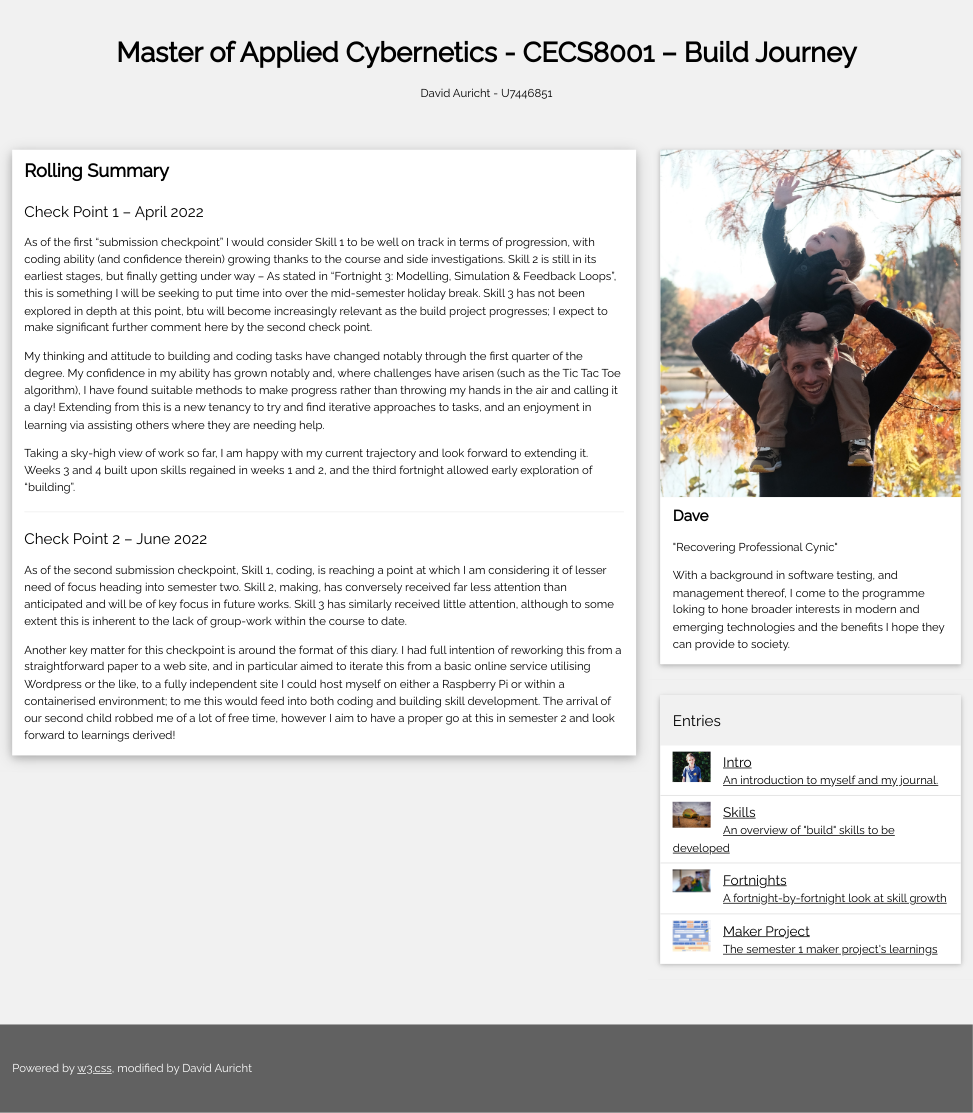
Repository: TodaysSawyer/cecs_8001_journal
Page: CECS_8001_build_journal/rolling_summary.html
An editor plug-in stored every save of this project. The page is shown before and after the next save, followed by the edit.
The browser window is 1280 px wide. The pictures show the whole page, at 76% of full size.

Above is the page before, as saved 2022-08-23 11:11:06.

### CECS_8001_build_journal/rolling_summary.html
<!--Site layout and design credit goes to W3 Schools' "Blog template" from https://www.w3schools.com/w3css/tryw3css_templates_blog.htm-->
<!--Modifications and content by David Auricht-->

<!DOCTYPE html>
<html>
<head>
<title>David Auricht's Cybernetics Build Journal</title>
<meta charset="UTF-8">
<meta name="viewport" content="width=device-width, initial-scale=1">
<link rel="stylesheet" href="https://www.w3schools.com/w3css/4/w3.css">
<link rel="stylesheet" href="https://fonts.googleapis.com/css?family=Raleway">
<style>
body,h1,h2,h3,h4,h5 {font-family: "Raleway", sans-serif}
</style>
</head>
<body class="w3-light-grey">

<!-- w3-content defines a container for fixed size centered content,
and is wrapped around the whole page content, except for the footer in this example -->
<div class="w3-content" style="max-width:1400px">

<!-- Header -->
<header class="w3-container w3-center w3-padding-32">
  <h1><b>Master of Applied Cybernetics - CECS8001 – Build Journey</b></h1>
  <p>David Auricht - U7446851</p>
</header>

<!-- Grid -->
<div class="w3-row">

<!-- Blog entries -->
<div class="w3-col l8 s12">
  <!-- Blog entry -->
  <div class="w3-card-4 w3-margin w3-white">
    <div class="w3-container">
      <h3><b>Rolling Summary</b></h3>
    </div>

    <div class="w3-container">
      <h4>Check Point 1 – April 2022</h4>
      <p>As of the first “submission checkpoint” I would consider Skill 1 to be well on track in terms of progression, with coding ability (and confidence therein) growing thanks to the course and side investigations. Skill 2 is still in its earliest stages, but finally getting under way – As stated in “Fortnight 3: Modelling, Simulation & Feedback Loops”, this is something I will be seeking to put time into over the mid-semester holiday break. Skill 3 has not been explored in depth at this point, btu will become increasingly relevant as the build project progresses; I expect to make significant further comment here by the second check point. </p>
      <p>My thinking and attitude to building and coding tasks have changed notably through the first quarter of the degree. My confidence in my ability has grown notably and, where challenges have arisen (such as the Tic Tac Toe algorithm), I have found suitable methods to make progress rather than throwing my hands in the air and calling it a day! Extending from this is a new tenancy to try and find iterative approaches to tasks, and an enjoyment in learning via assisting others where they are needing help.</p>
      <p>Taking a sky-high view of work so far, I am happy with my current trajectory and look forward to extending it. Weeks 3 and 4 built upon skills regained in weeks 1 and 2, and the third fortnight allowed early exploration of “building”.</p>
      <hr>

      <h4>Check Point 2 – June 2022</h4>
      <p>As of the second submission checkpoint, Skill 1, coding, is reaching a point at which I am considering it of lesser need of focus heading into semester two. Skill 2, making, has conversely received far less attention than anticipated and will be of key focus in future works. Skill 3 has similarly received little attention, although to some extent this is inherent to the lack of group-work within the course to date.</p>
      <p>Another key matter for this checkpoint is around the format of this diary. I had full intention of reworking this from a straightforward paper to a web site, and in particular aimed to iterate this from a basic online service utilising Wordpress or the like, to a fully independent site I could host myself on either a Raspberry Pi or within a containerised environment; to me this would feed into both coding and building skill development. The arrival of our second child robbed me of a lot of free time, however I aim to have a proper go at this in semester 2 and look forward to learnings derived!</p>

    </div>
  </div>
  <hr>
<!-- END BLOG ENTRIES -->
</div>

<!-- Sidebar -->
<div class="w3-col l4">
  <!-- About Card -->
  <div class="w3-card w3-margin w3-margin-top">
  <img src="home_dave_profile.jpg" style="width:100%">
    <div class="w3-container w3-white">
      <h4><b>Dave</b></h4>
      <p>"Recovering Professional Cynic"</p>
      <p>With a background in software testing, and management thereof, I come to the programme loking to hone broader interests in modern and emerging technologies and the benefits I hope they can provide to society.</p>
    </div>
  </div><hr>

  <!-- Posts -->
  <div class="w3-card w3-margin">
    <div class="w3-container w3-padding">
      <h4>Entries</h4>
    </div>
    <ul class="w3-ul w3-hoverable w3-white">
      <li>
         <a href="index.html" target="_self">
         <img src="sidebar_intro_icon.jpg" alt="Image" class="w3-left w3-margin-right" style="width:50px">
         <span class="w3-large">Intro</span><br>
         <span>An introduction to myself and my journal.</span>
         </a>
      </li>
      <li>
        <a href="skills.html" target="_self">
        <img src="skills_balloon.jpg" alt="Image" class="w3-left w3-margin-right" style="width:50px">
        <span class="w3-large">Skills</span><br>
        <span>An overview of "build" skills to be developed</span>
        </a>
     </li>
      <li>
        <a href="fortnights.html" target="_self">
        <img src="fortnights_f4_screenshot.jpg" alt="Image" class="w3-left w3-margin-right" style="width:50px">
        <span class="w3-large">Fortnights</span><br>
        <span>A fortnight-by-fortnight look at skill growth</span>
        </a>
     </li>
     <li>
      <a href="maker_project.html" target="_self">
      <img src="maker_schematic.jpg" alt="Image" class="w3-left w3-margin-right" style="width:50px">
      <span class="w3-large">Maker Project</span><br>
      <span>The semester 1 maker project's learnings</span>
      </a>
   </li>
    </ul>
  </div>
  <hr>

<!-- END Sidebar -->
</div>

<!-- END GRID -->
</div><br>

<!-- END w3-content -->
</div>

<!-- Footer -->
<footer class="w3-container w3-dark-grey w3-padding-32 w3-margin-top">
  <p>Powered by <a href="https://www.w3schools.com/w3css/default.asp" target="_blank">w3.css</a>, modified by David Auricht</p>
</footer>

</body>
</html>

After the next save:
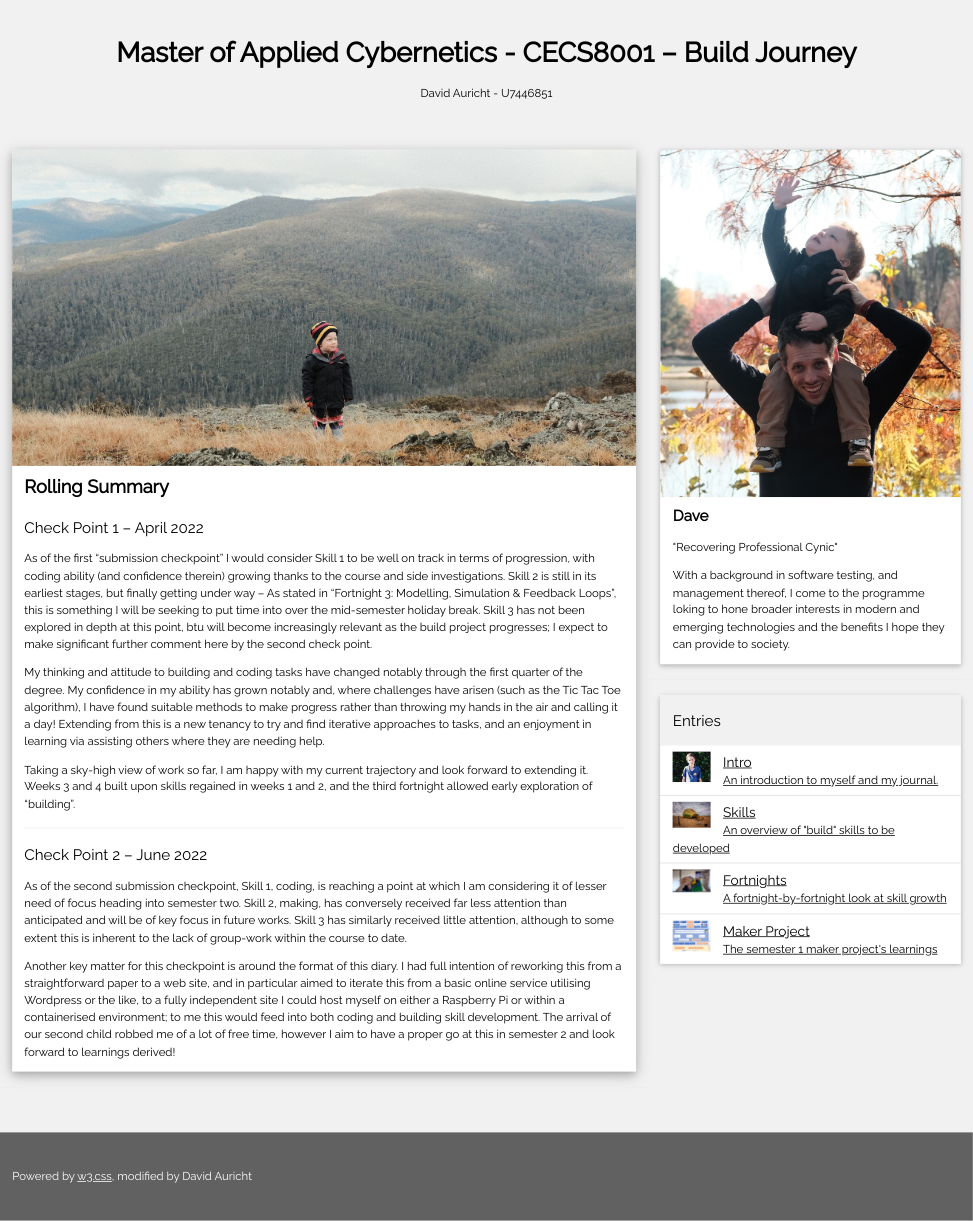
Saved 116 s later.
--- a/CECS_8001_build_journal/rolling_summary.html
+++ b/CECS_8001_build_journal/rolling_summary.html
@@ -32,6 +32,7 @@ and is wrapped around the whole page content, except for the footer in this exam
 <div class="w3-col l8 s12">
   <!-- Blog entry -->
   <div class="w3-card-4 w3-margin w3-white">
+    <img src="rolling_summary.jpg" alt="Rolling mountains of the Brindabellas - David Auricht, 2022" style="width:100%">
     <div class="w3-container">
       <h3><b>Rolling Summary</b></h3>
     </div>
